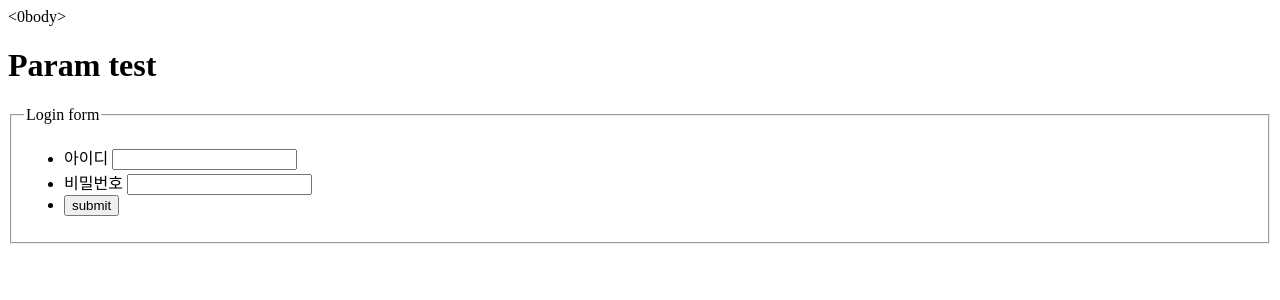
Repository: jb7959/struts_jsp_study
Page: 08Chapter_useBean/WebContent/loginForm.html
These files come from the project's save history. The page is drawn as it stood at one moment and after the next save; the edit follows.
The browser window is 1280 px wide. The pictures show the whole page.

Above is the page before, as saved 2015-10-01 08:19:18.

### 08Chapter_useBean/WebContent/loginForm.html
<!DOCTYPE html>
<html>
<head>
<meta charset="EUC-KR">
<title>param test</title>
</head>
<0body>
	<h1>Param test</h1>
	<form action="useBeanParam.jsp">
		<fieldset>
			<legend>Login form</legend>
			<ul>
				<li>
					<label for="userid">아이디</label>
					<input type="text" name="userid">
				</li>
				<li>
					<label for="passwd">비밀번호</label>
					<input type="password" name="passwd">
				</li>
				<li><input type="submit" value="submit"></li>
			</ul>
		</fieldset>
	</form>
</body>
</html>

After the next save:
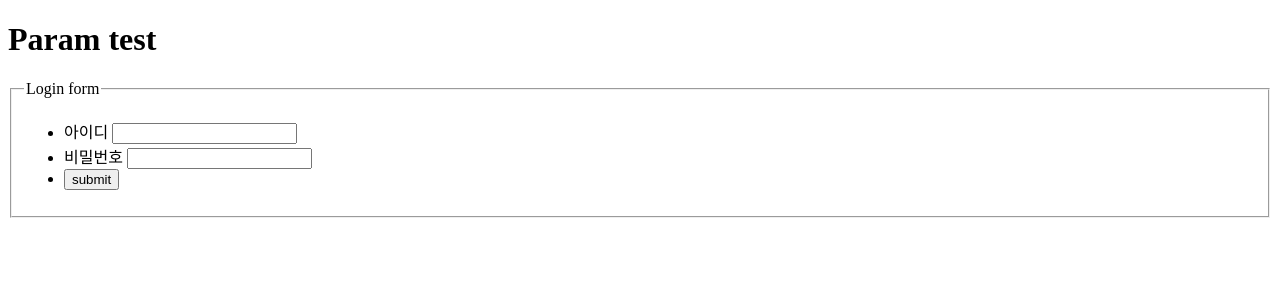
Saved 5 s later.
--- a/08Chapter_useBean/WebContent/loginForm.html
+++ b/08Chapter_useBean/WebContent/loginForm.html
@@ -4,7 +4,7 @@
 <meta charset="EUC-KR">
 <title>param test</title>
 </head>
-<0body>
+<body>
 	<h1>Param test</h1>
 	<form action="useBeanParam.jsp">
 		<fieldset>
